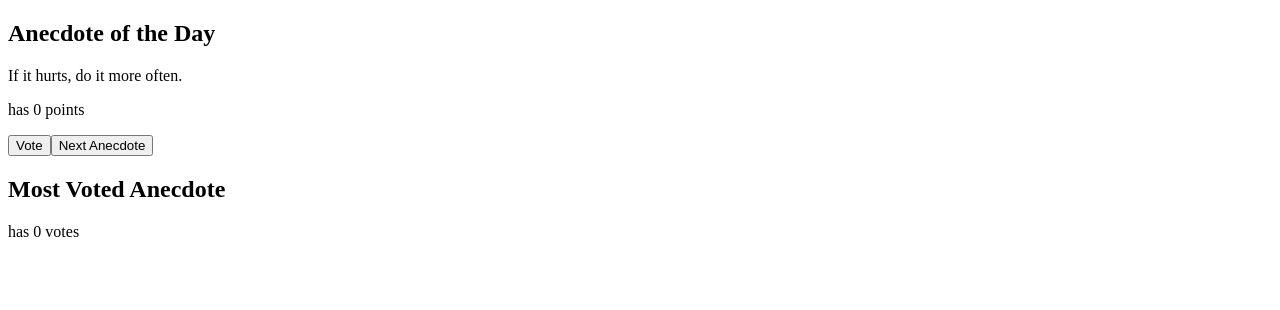
Repository: Wainhouse/Full_Stack_Open_2022
Page: / (app in part2/course_info/)
The author's editor kept a copy of each file at every save. The page is drawn from the files as they stood at one save, then again after the next save.
The browser window is 1280 px wide. The pictures show the whole page.
The project was rebuilt for these pictures with package versions that can differ from the ones it lists, and the page was loaded fresh each time.

Above is the page before, as saved 2022-11-24 17:34:03.

### part2/course_info/src/App.js
import { useState } from 'react'

const App = () => {
  const anecdotes = [
    'If it hurts, do it more often.',
    'Adding manpower to a late software project makes it later!',
    'The first 90 percent of the code accounts for the first 10 percent of the development time...The remaining 10 percent of the code accounts for the other 90 percent of the development time.',
    'Any fool can write code that a computer can understand. Good programmers write code that humans can understand.',
    'Premature optimization is the root of all evil.',
    'Debugging is twice as hard as writing the code in the first place. Therefore, if you write the code as cleverly as possible, you are, by definition, not smart enough to debug it.',
    'Programming without an extremely heavy use of console.log is same as if a doctor would refuse to use x-rays or blood tests when diagnosing patients.'
  ]

  const Button = ({ handleClick, text }) => (
    <button onClick={handleClick}>{text}</button>
  );

  const [selected, setSelected] = useState(0);
  const [points, setPoints] = useState(new Array(anecdotes.length).fill(0));
  const highestVoted = points.indexOf(Math.max(...points));


  const handleClickNext = () => {
    setSelected(Math.floor(Math.random() * anecdotes.length));

  };

  const voteForAnecdote = () => {
    const newPoints = [...points];
    newPoints[selected] += 1;
    setPoints(newPoints);
  };

  return (
    <div>
      <h2>Anecdote of the Day</h2>
      <p>{anecdotes[selected]}</p>
      <p>has {points[selected]} points</p>
      <Button handleClick={() => voteForAnecdote()} text= "Vote" />
      <Button handleClick={() => handleClickNext()} text = "Next Anecdote" />
      <h2>Most Voted Anecdote</h2>
      <p>{selected[highestVoted]}</p>
      <p>has {points[highestVoted]} votes</p>
    </div>
  );
};

export default App

Loaded but not shown: part2/course_info/public/index.html (common file); part2/course_info/src/index.js (common file)

After the next save:
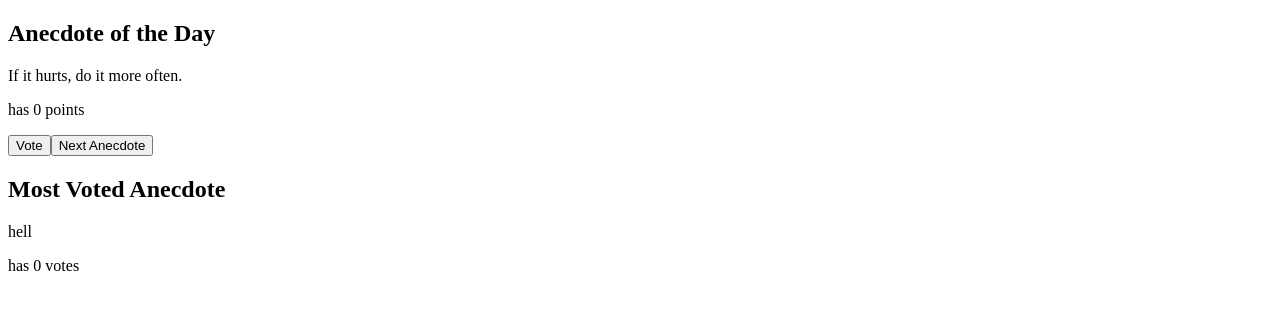
Saved 40 s later.
--- a/part2/course_info/src/App.js
+++ b/part2/course_info/src/App.js
@@ -39,7 +39,7 @@ const App = () => {
       <Button handleClick={() => voteForAnecdote()} text= "Vote" />
       <Button handleClick={() => handleClickNext()} text = "Next Anecdote" />
       <h2>Most Voted Anecdote</h2>
-      <p>{selected[highestVoted]}</p>
+      <p>hell{selected[highestVoted]}</p>
       <p>has {points[highestVoted]} votes</p>
     </div>
   );
